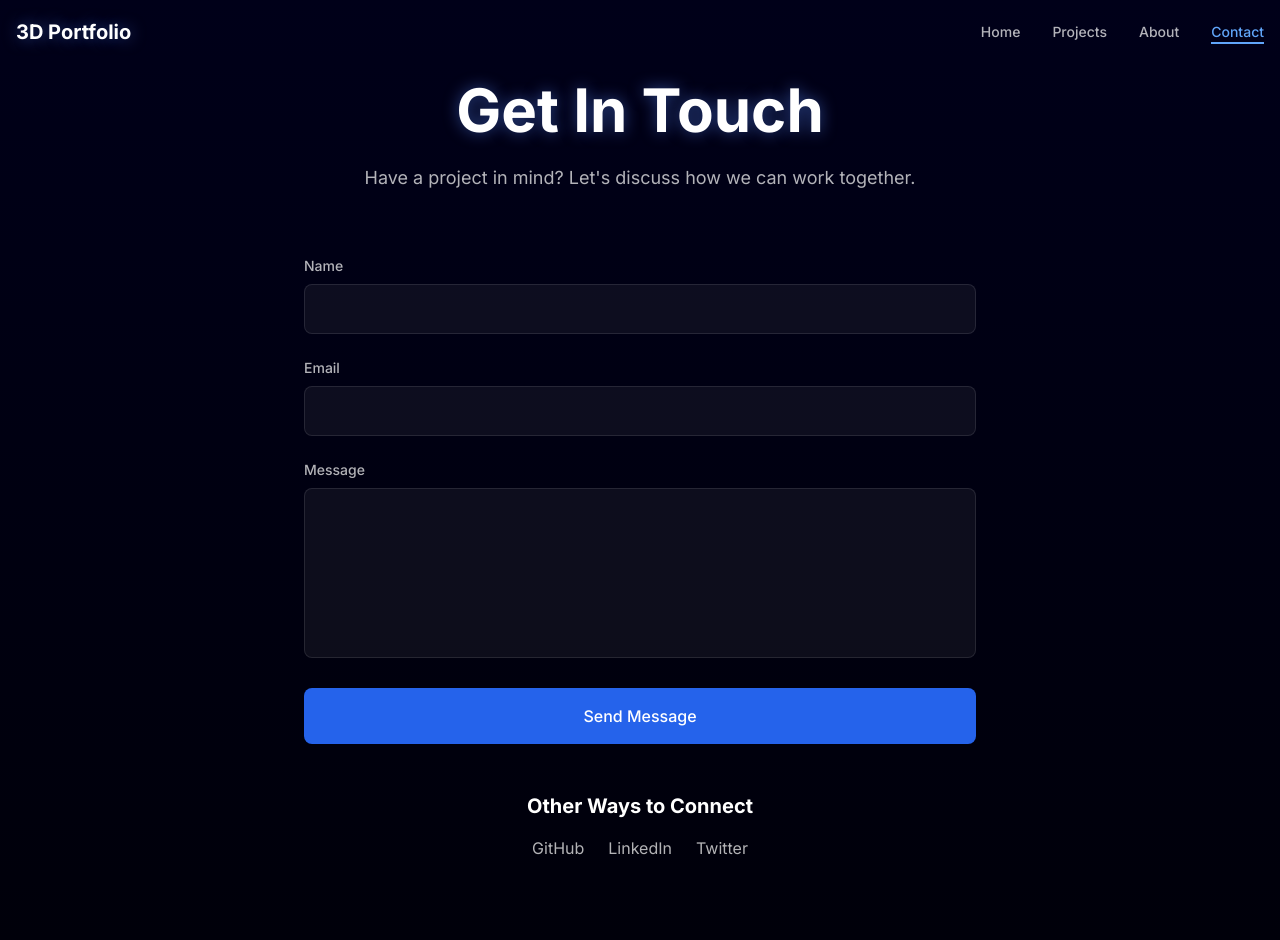
Repository: burakdemirrr/portfolio-llm
Page: /contact
These files come from the project's save history. The page is drawn as it stood at one moment and after the next save; the edit follows.
The browser window is 1280 px wide. The pictures show the whole page.
The project was rebuilt for these pictures with package versions that can differ from the ones it lists, and the page was loaded fresh each time. The framework's server and built-in components were replaced by stand-ins that run in the browser. Also part of the build but not shown: next.config.js.

Above is the page before, as saved 2025-05-07 22:08:22.

### src/app/layout.tsx
import type { Metadata } from 'next'
import { Inter } from 'next/font/google'
import './globals.css'
import MainLayout from '@/components/layout/main-layout'

const inter = Inter({ subsets: ['latin'] })

export const metadata: Metadata = {
	title: '3D Portfolio',
	description: 'A showcase of 3D web development projects and experiences',
}

export default function RootLayout({
	children,
}: {
	children: React.ReactNode
}) {
	return (
		<html lang="en">
			<body className={inter.className}>
				<MainLayout>
					{children}
				</MainLayout>
			</body>
		</html>
	)
}

### src/app/contact/page.tsx
'use client'

import { motion } from 'framer-motion'
import { useState } from 'react'

export default function ContactPage() {
  const [formData, setFormData] = useState({
    name: '',
    email: '',
    message: ''
  })

  const handleSubmit = (e: React.FormEvent) => {
    e.preventDefault()
    // Handle form submission here
    console.log('Form submitted:', formData)
  }

  const handleChange = (e: React.ChangeEvent<HTMLInputElement | HTMLTextAreaElement>) => {
    const { name, value } = e.target
    setFormData(prev => ({ ...prev, [name]: value }))
  }

  return (
    <div className="min-h-screen py-20">
      <div className="container mx-auto px-4">
        <motion.div
          initial={{ opacity: 0, y: 20 }}
          animate={{ opacity: 1, y: 0 }}
          transition={{ duration: 0.6 }}
          className="max-w-3xl mx-auto text-center mb-16"
        >
          <h1 className="text-4xl md:text-6xl font-bold mb-6 text-glow">
            Get In Touch
          </h1>
          <p className="text-lg text-white/70">
            Have a project in mind? Let's discuss how we can work together.
          </p>
        </motion.div>

        <motion.div
          initial={{ opacity: 0, y: 20 }}
          animate={{ opacity: 1, y: 0 }}
          transition={{ duration: 0.6, delay: 0.2 }}
          className="max-w-2xl mx-auto"
        >
          <form onSubmit={handleSubmit} className="space-y-6">
            <div>
              <label htmlFor="name" className="block text-sm font-medium text-white/70 mb-2">
                Name
              </label>
              <input
                type="text"
                id="name"
                name="name"
                value={formData.name}
                onChange={handleChange}
                className="w-full px-4 py-3 bg-white/5 border border-white/10 rounded-lg focus:outline-none focus:ring-2 focus:ring-blue-500 text-white"
                required
              />
            </div>

            <div>
              <label htmlFor="email" className="block text-sm font-medium text-white/70 mb-2">
                Email
              </label>
              <input
                type="email"
                id="email"
                name="email"
                value={formData.email}
                onChange={handleChange}
                className="w-full px-4 py-3 bg-white/5 border border-white/10 rounded-lg focus:outline-none focus:ring-2 focus:ring-blue-500 text-white"
                required
              />
            </div>

            <div>
              <label htmlFor="message" className="block text-sm font-medium text-white/70 mb-2">
                Message
              </label>
              <textarea
                id="message"
                name="message"
                value={formData.message}
                onChange={handleChange}
                rows={6}
                className="w-full px-4 py-3 bg-white/5 border border-white/10 rounded-lg focus:outline-none focus:ring-2 focus:ring-blue-500 text-white resize-none"
                required
              />
            </div>

            <motion.button
              type="submit"
              className="w-full bg-blue-600 hover:bg-blue-700 text-white px-8 py-4 rounded-lg font-medium transition-colors"
              whileHover={{ scale: 1.02 }}
              whileTap={{ scale: 0.98 }}
            >
              Send Message
            </motion.button>
          </form>

          <motion.div
            initial={{ opacity: 0 }}
            animate={{ opacity: 1 }}
            transition={{ duration: 0.6, delay: 0.4 }}
            className="mt-12 text-center"
          >
            <h2 className="text-xl font-bold mb-4">Other Ways to Connect</h2>
            <div className="flex justify-center space-x-6">
              <a
                href="https://github.com"
                target="_blank"
                rel="noopener noreferrer"
                className="text-white/70 hover:text-white transition-colors"
              >
                GitHub
              </a>
              <a
                href="https://linkedin.com"
                target="_blank"
                rel="noopener noreferrer"
                className="text-white/70 hover:text-white transition-colors"
              >
                LinkedIn
              </a>
              <a
                href="https://twitter.com"
                target="_blank"
                rel="noopener noreferrer"
                className="text-white/70 hover:text-white transition-colors"
              >
                Twitter
              </a>
            </div>
          </motion.div>
        </motion.div>
      </div>
    </div>
  )
}

### src/app/globals.css
@tailwind base;
@tailwind components;
@tailwind utilities;

:root {
	--foreground-rgb: 255, 255, 255;
	--background-start-rgb: 0, 0, 25;
	--background-end-rgb: 0, 0, 10;
	--accent-color: #5686F5;
	--accent-glow: rgba(86, 134, 245, 0.5);
}

* {
	margin: 0;
	padding: 0;
	box-sizing: border-box;
}

html {
	scroll-behavior: smooth;
}

body {
	color: rgb(var(--foreground-rgb));
	background: linear-gradient(
		to bottom,
		rgb(var(--background-start-rgb)),
		rgb(var(--background-end-rgb))
	);
	font-family: 'Inter', -apple-system, BlinkMacSystemFont, 'Segoe UI', Roboto, Oxygen, Ubuntu, Cantarell, 'Open Sans', 'Helvetica Neue', sans-serif;
	overflow-x: hidden;
	min-height: 100vh;
}

@layer utilities {
	.text-balance {
		text-wrap: balance;
	}

	.text-glow {
		text-shadow: 0 0 15px var(--accent-glow);
	}

	.animate-float {
		animation: float 6s ease-in-out infinite;
	}

	.animate-pulse-slow {
		animation: pulse 3s ease-in-out infinite;
	}
}

@keyframes float {
	0% {
		transform: translateY(0px);
	}
	50% {
		transform: translateY(-20px);
	}
	100% {
		transform: translateY(0px);
	}
}

@keyframes pulse {
	0% {
		opacity: 0.5;
	}
	50% {
		opacity: 1;
	}
	100% {
		opacity: 0.5;
	}
}

.canvas-container {
	position: fixed;
	top: 0;
	left: 0;
	width: 100vw;
	height: 100vh;
	z-index: -1;
}

.content-container {
	position: relative;
	z-index: 10;
}

/* Custom button styles */
.btn {
	position: relative;
	overflow: hidden;
	transition: all 0.3s ease;
}

.btn::after {
	content: '';
	position: absolute;
	top: 0;
	left: 0;
	width: 100%;
	height: 100%;
	background: rgba(255, 255, 255, 0.1);
	transform: translateX(-100%);
	transition: transform 0.5s ease;
}

.btn:hover::after {
	transform: translateX(0);
}

/* Glass card effect */
.glass-card {
	background: rgba(255, 255, 255, 0.05);
	backdrop-filter: blur(10px);
	border: 1px solid rgba(255, 255, 255, 0.1);
	box-shadow: 0 8px 32px rgba(0, 0, 0, 0.1);
}

### src/components/layout/main-layout.tsx
'use client'

import { motion, AnimatePresence } from 'framer-motion'
import Link from 'next/link'
import { usePathname } from 'next/navigation'
import { useState, useEffect, useCallback } from 'react'

const navItems = [
  { name: 'Home', path: '/' },
  { name: 'Projects', path: '/projects' },
  { name: 'About', path: '/about' },
  { name: 'Contact', path: '/contact' }
]

export default function MainLayout({ children }: { children: React.ReactNode }) {
  const pathname = usePathname()
  const [isScrolled, setIsScrolled] = useState(false)
  const [isMobileMenuOpen, setIsMobileMenuOpen] = useState(false)

  const handleScroll = useCallback(() => {
    setIsScrolled(window.scrollY > 20)
  }, [])

  useEffect(() => {
    window.addEventListener('scroll', handleScroll, { passive: true })
    return () => window.removeEventListener('scroll', handleScroll)
  }, [handleScroll])

  const toggleMobileMenu = () => {
    setIsMobileMenuOpen(!isMobileMenuOpen)
  }

  return (
    <div className="min-h-screen">
      <motion.nav
        className={`fixed top-0 left-0 right-0 z-50 transition-all duration-300 ${
          isScrolled ? 'bg-black/40 backdrop-blur-lg' : 'bg-transparent'
        }`}
        initial={{ y: -100 }}
        animate={{ y: 0 }}
        transition={{ duration: 0.5 }}
      >
        <div className="container mx-auto px-4">
          <div className="flex items-center justify-between h-16">
            <Link
              href="/"
              className="text-xl font-bold text-glow hover:text-blue-400 transition-colors"
            >
              3D Portfolio
            </Link>

            <div className="hidden md:flex space-x-8">
              {navItems.map((item) => (
                <Link
                  key={item.path}
                  href={item.path}
                  className={`relative text-sm font-medium transition-colors ${
                    pathname === item.path ? 'text-blue-400' : 'text-white/70 hover:text-white'
                  }`}
                >
                  {item.name}
                  {pathname === item.path && (
                    <motion.div
                      className="absolute -bottom-[1.5px] left-0 right-0 h-0.5 bg-blue-400"
                      layoutId="navbar-indicator"
                    />
                  )}
                </Link>
              ))}
            </div>

            <button
              className="md:hidden text-white/70 hover:text-white transition-colors"
              onClick={toggleMobileMenu}
              aria-label="Toggle mobile menu"
            >
              <svg className="w-6 h-6" fill="none" stroke="currentColor" viewBox="0 0 24 24">
                <path
                  strokeLinecap="round"
                  strokeLinejoin="round"
                  strokeWidth={2}
                  d={isMobileMenuOpen ? "M6 18L18 6M6 6l12 12" : "M4 6h16M4 12h16M4 18h16"}
                />
              </svg>
            </button>
          </div>
        </div>

        <AnimatePresence>
          {isMobileMenuOpen && (
            <motion.div
              initial={{ opacity: 0, height: 0 }}
              animate={{ opacity: 1, height: 'auto' }}
              exit={{ opacity: 0, height: 0 }}
              transition={{ duration: 0.2 }}
              className="md:hidden bg-black/40 backdrop-blur-lg"
            >
              <div className="container mx-auto px-4 py-4">
                <div className="flex flex-col space-y-4">
                  {navItems.map((item) => (
                    <Link
                      key={item.path}
                      href={item.path}
                      onClick={() => setIsMobileMenuOpen(false)}
                      className={`text-sm font-medium transition-colors ${
                        pathname === item.path ? 'text-blue-400' : 'text-white/70 hover:text-white'
                      }`}
                    >
                      {item.name}
                    </Link>
                  ))}
                </div>
              </div>
            </motion.div>
          )}
        </AnimatePresence>
      </motion.nav>

      <main className="relative">
        {children}
      </main>
    </div>
  )
}

Loaded but not shown: tailwind.config.js (common file)

After the next save:
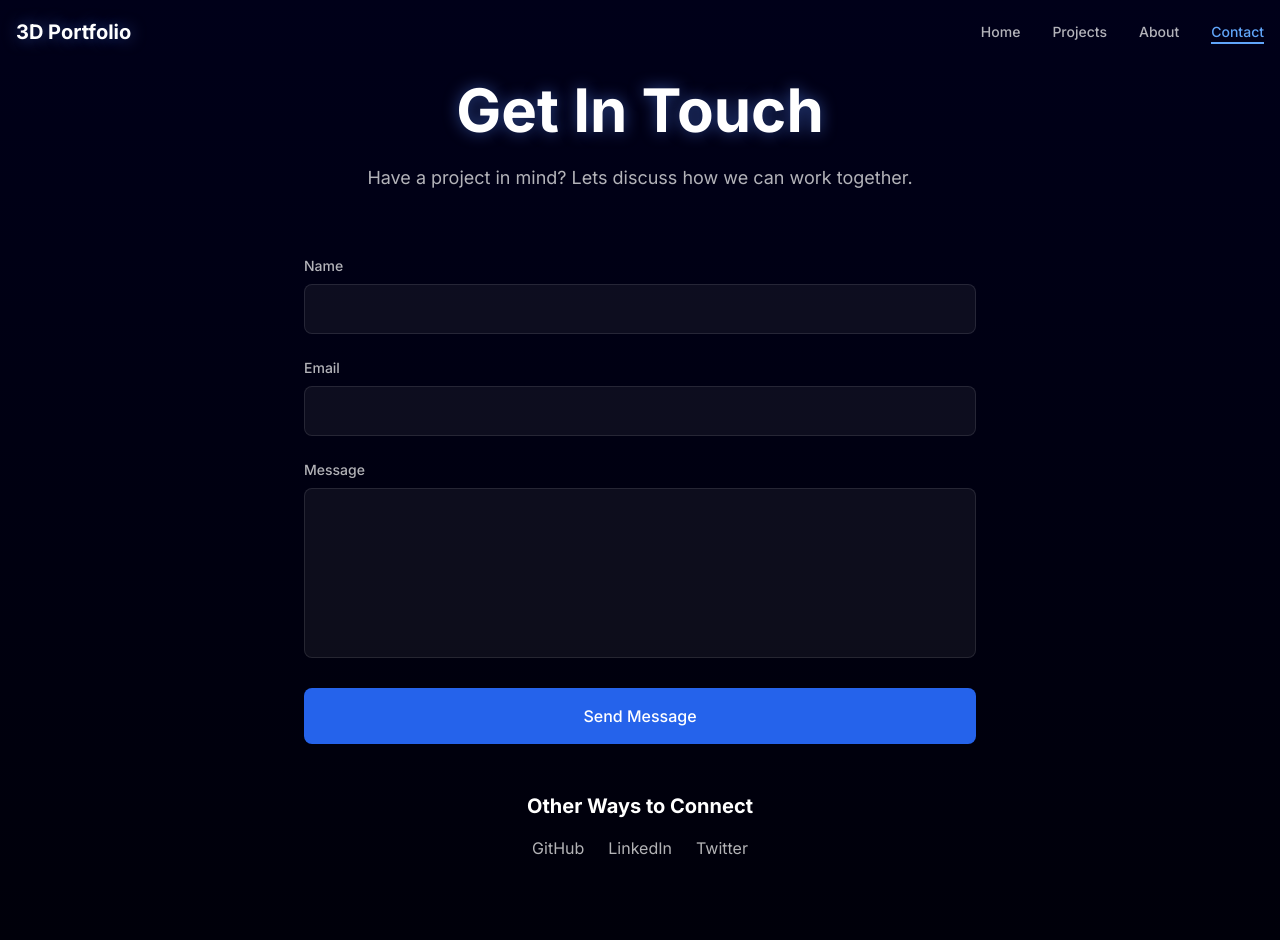
Saved 4 min 19 s later.
--- a/src/app/contact/page.tsx
+++ b/src/app/contact/page.tsx
@@ -34,7 +34,7 @@ export default function ContactPage() {
             Get In Touch
           </h1>
           <p className="text-lg text-white/70">
-            Have a project in mind? Let's discuss how we can work together.
+            Have a project in mind? Lets discuss how we can work together.
           </p>
         </motion.div>
 
